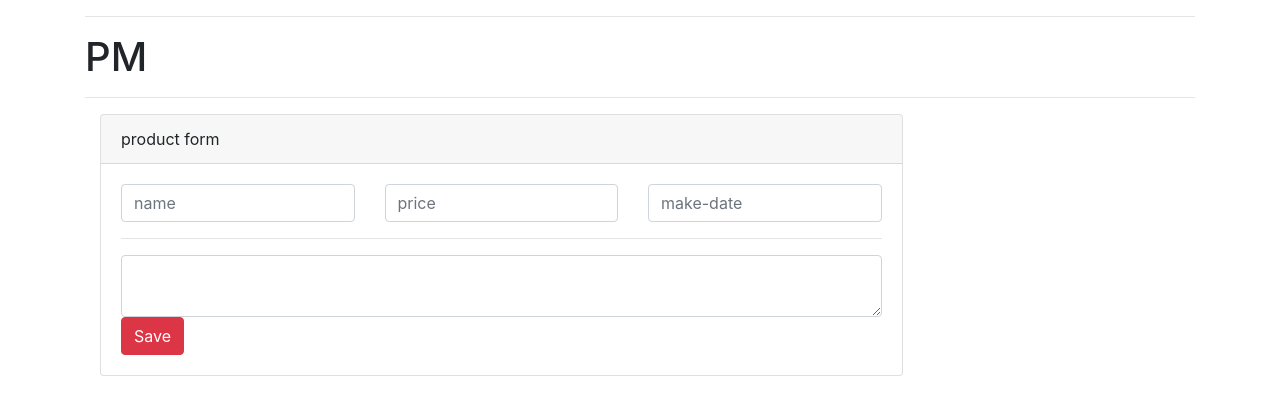
Repository: Akashk29/Wissen-Training-Projects
Page: webjavathings/PM-v1/WebContent/pm.html
The author's editor kept a copy of each file at every save. The page is drawn from the files as they stood at one save, then again after the next save.
The browser window is 1280 px wide. The pictures show the whole page.

Above is the page before, as saved 2018-06-25 09:14:53.

### webjavathings/PM-v1/WebContent/pm.html
<!DOCTYPE html>
<html>
<head>
<meta charset="ISO-8859-1">
<title>PM</title>
<link href="css/bootstrap.css" rel="stylesheet" />
</head>
<body class="container">

	<hr />
	<h1>PM</h1>
	<hr />
    <div class="col-sm-8 col-md-9">
	<div class="card">
		<div class="card-header">product form</div>
		<div class="card-body">
			<form>
					<div class="row">
						<div class="col">
							<input type="text" class="form-control" placeholder="name">
						</div>
						<div class="col">
							<input type="number" class="form-control" placeholder="price">
						</div>
						<div class="col">
							<input type="text" class="form-control" placeholder="make-date">
						</div>
					</div>
					<hr />
					<div class="row">
						<div class="col">
							<textarea rows="" cols="" class="form-control"
								placeholder="description">
        </textarea>
						</div>
					</div>

					<button class="btn btn-danger">Save</button>
			</form>
		</div>
	</div>
	</div>
</body>
</html>

Loaded but not shown: webjavathings/PM-v1/WebContent/css/bootstrap.css (library)

After the next save:
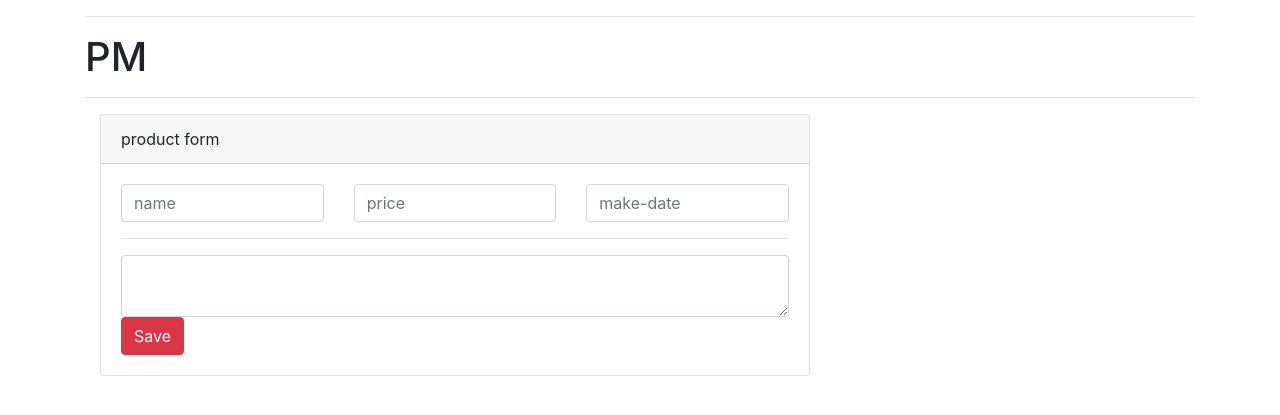
Saved 63 s later.
--- a/webjavathings/PM-v1/WebContent/pm.html
+++ b/webjavathings/PM-v1/WebContent/pm.html
@@ -10,7 +10,7 @@
 	<hr />
 	<h1>PM</h1>
 	<hr />
-    <div class="col-sm-8 col-md-9">
+    <div class="col-sm-8 col-md-8">
 	<div class="card">
 		<div class="card-header">product form</div>
 		<div class="card-body">
